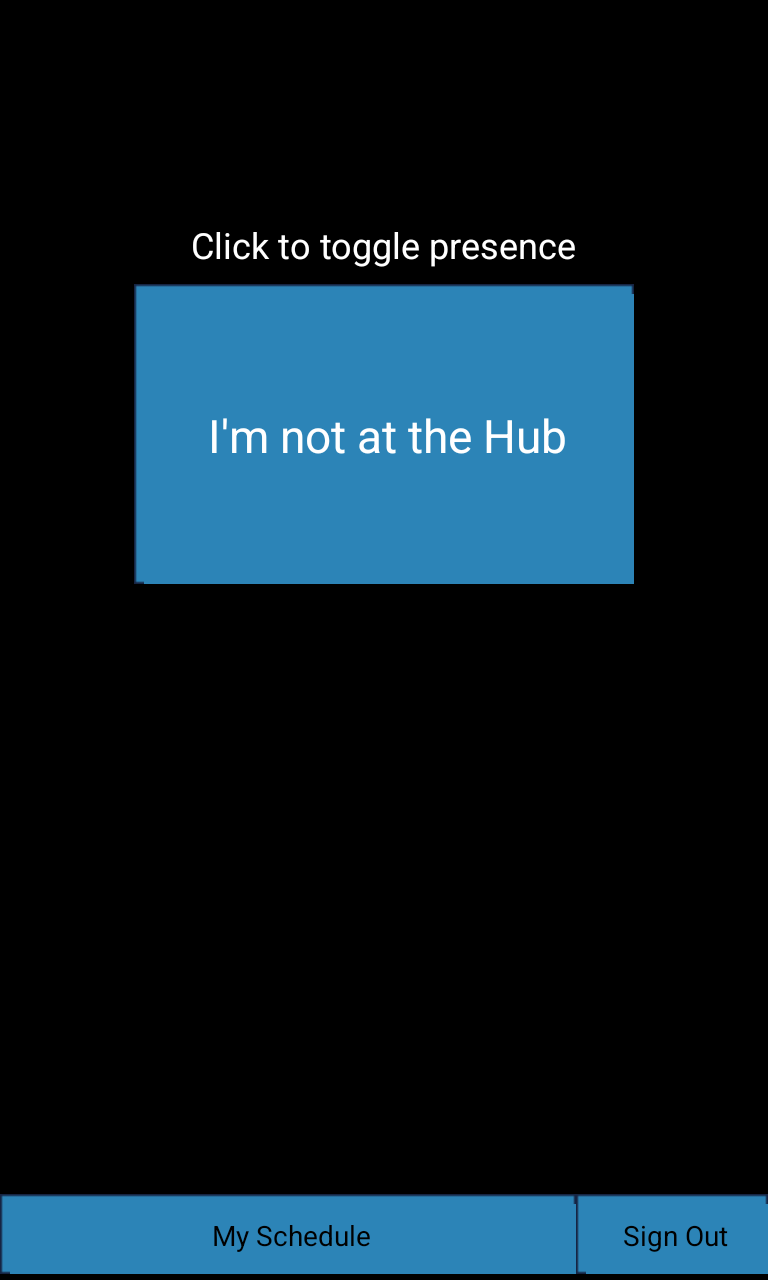
Repository: appsfactory/OfficeHours
Layout: OfficeHoursClient/res/layout/activity_sign__in.xml
The author's editor kept a copy of each file at every save. The layout is drawn from the files as they stood at one save, then again after the next save.
It is drawn on a 768 x 1280 px phone screen (xhdpi) without system bars, with theme AppTheme; the app's code is not run.

Above is the layout before, as saved 2012-10-05 18:04:15.

After the next save:
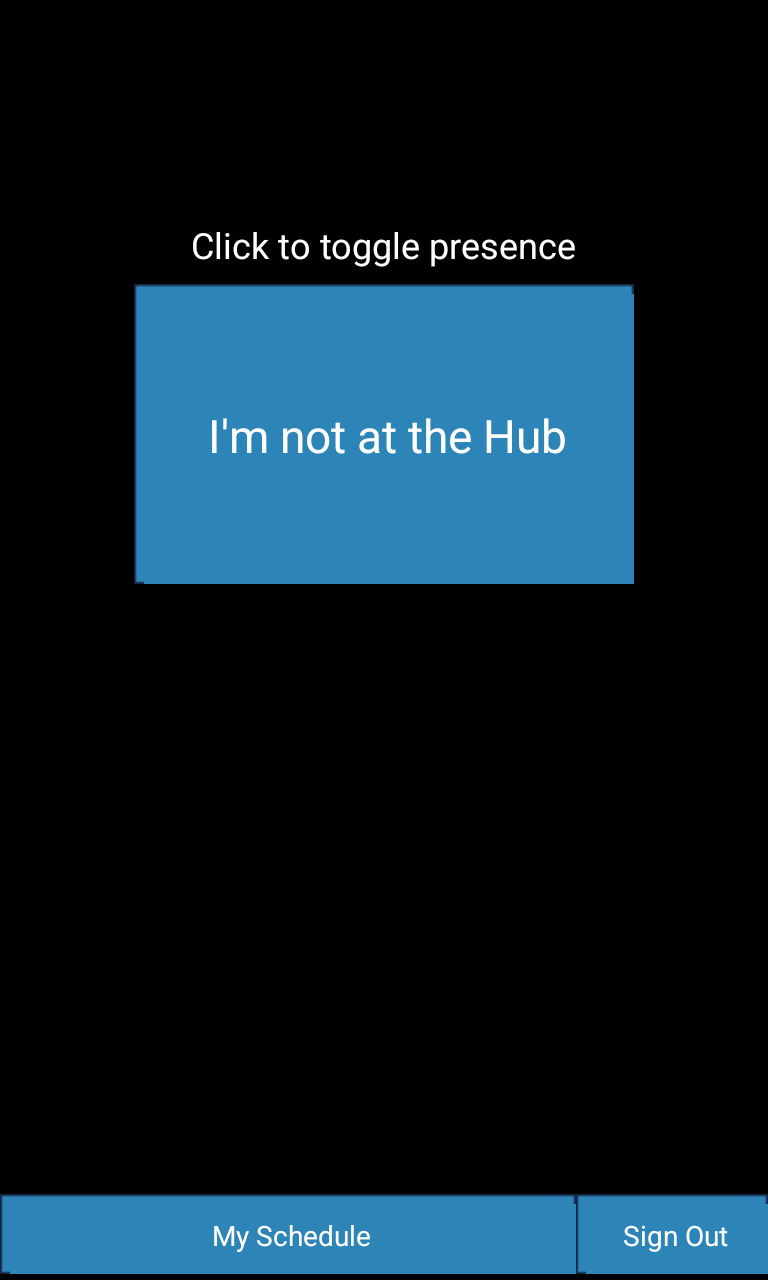
Saved 24 s later.
--- a/OfficeHoursClient/res/layout/activity_sign__in.xml
+++ b/OfficeHoursClient/res/layout/activity_sign__in.xml
@@ -39,7 +39,8 @@
         android:onClick="logOut"
         android:text="Sign Out"
         android:background="@drawable/button_blue"
-        android:layout_marginBottom="3dp" />
+        android:layout_marginBottom="3dp"
+        android:textColor="#FFFFFF" />
 
     <Button
         android:id="@+id/button1"
@@ -51,6 +52,7 @@
         android:onClick="viewSchedule"
         android:text="@string/schedule_button"
         android:background="@drawable/button_blue"
-        android:layout_marginBottom="3dp" />
+        android:layout_marginBottom="3dp"
+        android:textColor="#FFFFFF" />
 
 </RelativeLayout>
